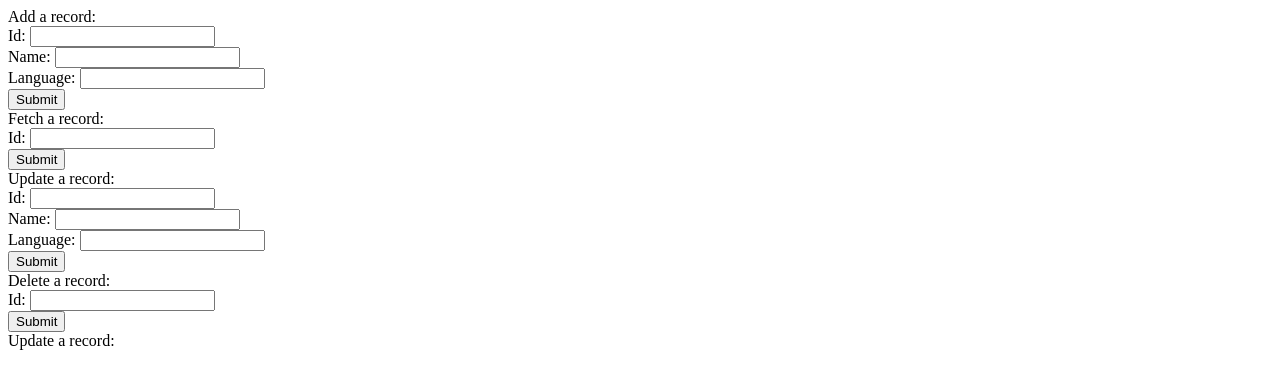
Repository: nomi474/springbootwithRestApi
Page: http://localhost/bootjpa/home.jsp
An editor plug-in stored every save of this project. The page is shown before and after the next save, followed by the edit.
The browser window is 1280 px wide. The pictures show the whole page.
The page is served by Tomcat 9. Other server files are loaded and not shown.

Above is the page before, as saved 2020-08-13 15:52:24.

### bootjpa/src/main/webapp/home.jsp
<%@ page language="java" contentType="text/html; charset=ISO-8859-1"
    pageEncoding="ISO-8859-1"%>
<!DOCTYPE html>
<html>
<head>
<meta charset="ISO-8859-1">
<title>Insert title here</title>
</head>
<body>
	Add a record: <br>
	<form action="addAlien">
	Id:
	<input type="text" name="aid"><br>
	Name:
	<input type="text" name="aname"><br>
	Language:
	<input type="text" name="tech"><br>
	<input type="submit"><br>
	</form>

	Fetch a record: <br>
		<form action="getAlien">
	Id:
	<input type="text" name="aid"><br>
	<input type="submit"><br>
	</form>
		Update a record: <br>
	<form action="updateAlien">
	Id:
	<input type="text" name="aid"><br>
	Name:
	<input type="text" name="aname"><br>
	Language:
	<input type="text" name="tech"><br>
	<input type="submit"><br>
	</form>

	Delete a record: <br>
		<form action="deleteAlien">
	Id:
	<input type="text" name="aid"><br>
	<input type="submit"><br>
	</form>
		Update a record: <br>
</body>
</html>

After the next save:
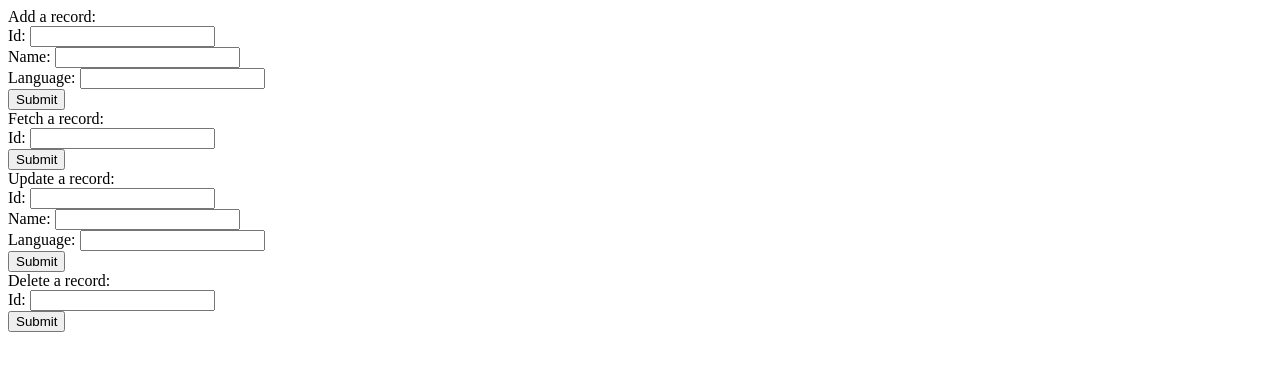
Saved 2 min 23 s later.
--- a/bootjpa/src/main/webapp/home.jsp
+++ b/bootjpa/src/main/webapp/home.jsp
@@ -41,6 +41,5 @@
 	<input type="text" name="aid"><br>
 	<input type="submit"><br>
 	</form>
-		Update a record: <br>
 </body>
 </html>
